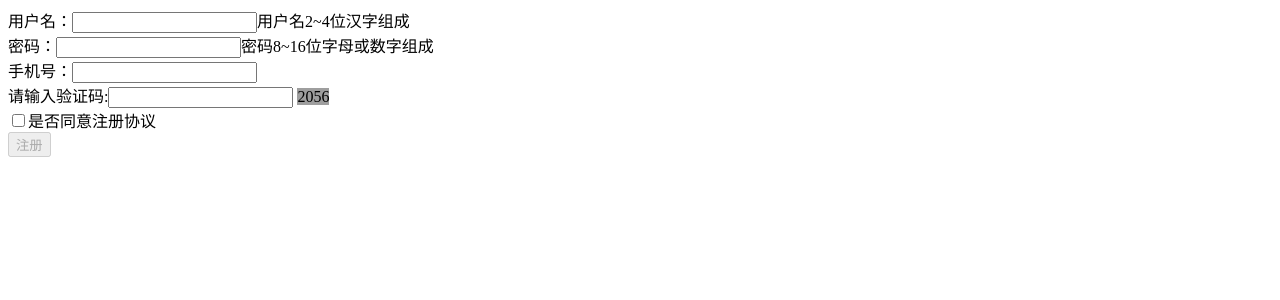
Repository: kennycaiguo/javaweb-1
Page: http://localhost/Ajax/register.jsp
An editor plug-in stored every save of this project. The page is shown before and after the next save, followed by the edit.
The browser window is 1280 px wide. The pictures show the whole page.
The page is served by Tomcat 9. Other server files are loaded and not shown.

Above is the page before, as saved 2019-09-27 14:33:48.

### Ajax/WebContent/register.jsp
<%@ page language="java" contentType="text/html; charset=utf-8"
    pageEncoding="utf-8"%>
   <%
	String path = request.getContextPath(); //????????
	String basePath = request.getScheme()+"://"+request.getServerName()+":"+request.getServerPort()+path+"/";
	%>
<!DOCTYPE html>
<html>
	<head>
	<base href="<%= basePath%>">
		<meta charset="utf-8">
		<title></title>
		<style type="text/css">
			#Code{
				color: #000000;
				background-image: url(code.jpg);
			}
		</style>
		<script type="text/javascript">
			//建立用户名检查结果全局变量，避免多余查询
			var checkUnameBool
			//建立验证码全局变量
			var code
			//生成验证码
			function createCode(){
				code = Math.floor(Math.random()*9000+1000);
				var s=document.getElementById("Code");
				s.textContent=code;
			}
			//封装检验内容
			function check(id,reg){
				//获取元素
				var inp =document.getElementById(id);
				var value=inp.value;
				var alt=inp.alt;
				//获取span标签
				var sp =document.getElementById(id+"Span");
				//检验数据
				if(value==null||value=="")
				{
					console.log(value);
					sp.innerText=alt+"不能为空";
					sp.style.color="red";
					return false;
				}
				else if(reg.test(value))
				{
					sp.innerText=alt+"ok";
					sp.style.color="springgreen";
					return true;
				}else{
					sp.innerText=alt+"不规范";
					sp.style.color="red";
					return false;
				}
			}
			//检查用户名格式并校验用户名是否存在
			function checkUname(t){
				//填写ajax的代码,校验用户是否存在
				var ajax
				var flag = check(t.id,/^[a-z,A-Z,1-9,0]{2,8}$/)
				if(window.XMLHttpRequest)
				{
					ajax=new XMLHttpRequest()
				}else {
					ajax=new ActiveXObject("Msxml2.XMLHTTP")
				}
				ajax.onreadystatechange=function(){
					if(ajax.readyState==4){
						//var result = ajax.responseText;
						var result=eval(ajax.responseText)
						console.log(result)
						//校验用户名
						if(flag)
						{
							if(result=="200"){
								document.getElementById("unameSpan").innerText="用户名可用"
							}
							else{
								document.getElementById("unameSpan").innerText="用户名重复"
							}
						}
					}
				}
				ajax.open("POST","/Ajax/ajax")
				ajax.setRequestHeader("Content-Type","application/x-www-form-urlencoded");
				ajax.send("username="+t.value)
				checkUnameBool=(flag)&&(ajax.responseText)
				return checkUnameBool
			}
			//检验密码格式是否正确
			function checkPwd(t){
				check(t.id,/^[&,^,*,<,>,#,@,~]{0}[a-z,1-9,A-Z]{8,16}/);
			}
			//设置用户同意协议方可注册
			function checkArgee(){
				document.getElementById("submitId").disabled= !document.getElementById("arg").checked
			}
			//校验验证码
			function checkCode(){
				var cod =document.getElementById("cod").value
				var c=document.getElementById("checkC")
				if(cod==code){
					c.innerText="验证码正确"
				}
				else{
					c.innerText="验证码错误"
				}

			}
			//查看各项是否按要求填写
			function checkAll(name,pwd){
				return checkUnameBool&&checkPwd(pwd)&&checkCode()
			}
			//提交时进行二次检查
			function sub(){
				var name = document.getElementById("uname")
				var p = document.getElementById("pwd")
				if(checkAll(name,p)){
					alert("用户可注册")
				}
				else{
					alert("有错误项")
				}
			}
		</script>
	</head>
	<body onload="createCode()" >
		<form action="ajaxLogin" name="F" method="post" >
			<input type="hidden" name="oper" value="register"/>
			用户名：<input type="text" name="uname" id="uname" value="" onblur="checkUname(this)" alt="用户名"/><span id="unameSpan">用户名2~4位汉字组成</span><br />
			密码：<input type="text" name="pwd" id="pwd" value="" alt="密码" onblur="checkPwd(this)"/><span id="pwdSpan">密码8~16位字母或数字组成</span><br />
			手机号：<input type="text" name="Number" id="Number" alt="手机号"/><span id="NumberSpan"></span><br />
			请输入验证码:<input type="text" name="cod" id="cod" value="" />
			<span style="background-image: url(c.jpg);color: #000000;" id="Code" onclick="createCode()"></span><span id="checkC"></span><br />
			<input type="checkbox" name="" id="arg" value="" onclick="checkArgee()"/>是否同意注册协议<br />
			<input type="button" id="submitId"  value="注册" disabled="disabled" onclick="sub()"/>
		</form>
	</body>
</html>

After the next save:
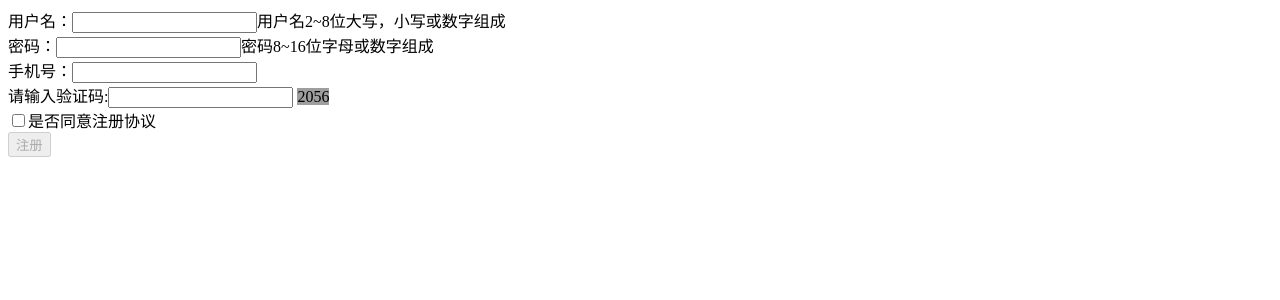
Saved 42 s later.
--- a/Ajax/WebContent/register.jsp
+++ b/Ajax/WebContent/register.jsp
@@ -128,7 +128,7 @@
 	<body onload="createCode()" >
 		<form action="ajaxLogin" name="F" method="post" >
 			<input type="hidden" name="oper" value="register"/>
-			用户名：<input type="text" name="uname" id="uname" value="" onblur="checkUname(this)" alt="用户名"/><span id="unameSpan">用户名2~4位汉字组成</span><br />
+			用户名：<input type="text" name="uname" id="uname" value="" onblur="checkUname(this)" alt="用户名"/><span id="unameSpan">用户名2~8位大写，小写或数字组成</span><br />
 			密码：<input type="text" name="pwd" id="pwd" value="" alt="密码" onblur="checkPwd(this)"/><span id="pwdSpan">密码8~16位字母或数字组成</span><br />
 			手机号：<input type="text" name="Number" id="Number" alt="手机号"/><span id="NumberSpan"></span><br />
 			请输入验证码:<input type="text" name="cod" id="cod" value="" />
